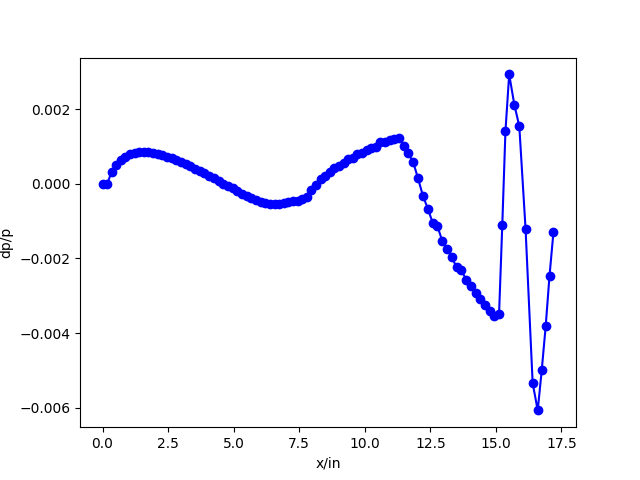
Repository: leiradom/Modified-linear-theory
Script's output: python 2_F_function.py
An editor plug-in stored every save of this project. The script's output is shown before and after the next save, followed by the edit.
Random numbers start from a fixed seed.

Above is the script's output before, as saved 2021-04-05 15:18:58.

### 2_F_function.py
#本程序实现求解无升力构型的F函数
#同时求解出未经修正的压力信号
#F函数是无量纲的

import math
import numpy as np
import matplotlib.pyplot as plt


M = 1.68                    #输入马赫数
P0 = 101325                 #输入大气静压
gama = 1.4                  #比热比
B = math.sqrt(M * M - 1)    #修正因子
k = (1 / math.sqrt(2)) * (gama + 1) * M**4 * B**(-1.5)   #特征性系数k
r0 = 6.3                      #r0为计算的位置  DWB为63.072
con = (gama * M**2)/(math.sqrt(2 * B * r0))


volume = np.loadtxt("se.txt",dtype=np.float64)   #存放体积分布的数据文件
#Lift = np.loadtxt("volume.txt",dtype=np.float64)    #存放升力分布的数据文件
#cau = np.loadtxt("cauchy.txt",dtype=np.float64)      #积分含有哑元的存放

a = len(volume)        #a为b的长度
#print(a)              #检查文件长度

X = np.ones(a)     #存放x的数组
Y = np.ones(a)     #存放y的数组
Y0 = np.ones(a)    #存放含哑元的表达式的值


#提取体积分布数据中的两列数据
for i in range(0,a):
    c = volume[i][0]
    d = volume[i][1]
    #ca = cau[i][1]
    X[i] = c
    Y[i] = d
    #Y0[i] = ca

#print(X)
#print(Y)

#通过变上限积分求解F函数，积分使用梯形公式
F = np.ones(a, dtype=np.float64)   #产生一个长度为a的初始化数组
X1 = np.ones(a, dtype=np.float64)
delta_P = np.ones(a, dtype=np.float64)
X1[0] = 0.0        #强制F的第一个值为0
delta_P[0] = 0.0   #强制F的第一个值为0
F[0] = 0.0         #强制F的第一个值为0


for i in range(1,a):
    #内层积分，积到x
    s = 0
    for j in range(0,i-1):
        s0 =Y[j+1] * ((1 / math.sqrt(X[i]-X[j+1])) + Y[j] * (1 / math.sqrt(X[i]-X[j])) * (X[j + 1] - X[j]) / (2))
        #s0 = (((Y0[j+1] + Y0[j]) * (X[j + 1] - X[j])) / (2))    #第(j+1)个梯形的面积
        s = s0 + s    #S为最后的积分
    #内层积分，积到x
    F[i] = (1/(2 * math.pi)) * s / 170   #乘以外面的一个
    #print(X[i],F[i])
    delta_P[i] = con * F[i]
    #print(delta_P[i])
    X1[i] = (B * r0 - k * F[i] * math.sqrt(r0) + X[i])
    print(X1[i]-B * r0,delta_P[i])


#将计算结果输出

'''
#绘制F函数的图像
plt.plot(X, F,'-o')
plt.xlabel("x/in")
plt.ylabel('F(y)')
plt.show()
'''



X0 = np.zeros(a)
for i in range(1,a):
    X0[i] = X1[i] - B * r0

#绘制未修正的过压的图像
plt.plot(X0, delta_P,'-o',c='b')
plt.xlabel("x/in")
plt.ylabel('dp/p')
plt.show()


#delta_P = np.ones[a]    #储存过压的数组
#delta_P[i] = P0 * ((gama * M * M)/(math.sqrt(2 * B * r0))) * F[i]

### se.txt
0.0 0.159284366464419
0.176969695 0.1502043978440817
0.35393939 0.1312410734763661
0.530909086 0.1159926815537626
0.707878781 0.10523361429077796
0.884848476 0.09314827411855459
1.061818171 0.08024977325326794
1.238787866 0.06872804205500341
1.415757562 0.05782660651362579
1.592727257 0.04793347720022513
1.769696952 0.038808875961720134
1.946666647 0.0284980895936275
2.123636342 0.0207769724359391
2.300606038 0.011620118429557288
2.477575733 0.004376602864828017
2.654545428 -0.004049839974148001
2.831515123 -0.010142029461434098
3.008484818 -0.01694964398157163
3.185454514 -0.023559832468043183
3.362424209 -0.028925520214344854
3.539393904 -0.03559435009695246
3.716363599 -0.039403108775879915
3.893333294 -0.04520469756677152
4.07030299 -0.04894406392694216
4.247272685 -0.053172434373764135
4.42424238 -0.05803087404349028
4.601212075 -0.060170959216864155
4.77818177 -0.06382953076458213
4.955151466 -0.06684435009695008
5.132121161 -0.07277788202915232
5.309090856 -0.07733920529179496
5.486060551 -0.07064235785326038
5.663030246 -0.06448370811700999
5.839999942 -0.0721904907112028
6.016969637 -0.06268015940034602
6.193939332 -0.05250131617355859
6.370909027 -0.04693852817914293
6.547878722 -0.04184845499468682
6.724848418 -0.027904182564998003
6.901818113 -0.01950347678322244
7.078787808 -0.018867869206229175
7.255757503 -0.013392065949415864
7.432727198 -0.0001035997998370917
7.609696894 0.008286680844853404
7.786666589 0.07551285158774657
7.963636284 0.08013802881507863
8.140605979 0.0971326312003513
8.317575674 0.08160960207251823
8.49454537 0.08342357592627087
8.671515065 0.09494856497988353
8.848484935 0.07716621317320103
9.02545463 0.0862461817935425
9.202424326 0.09743333124830238
9.379394021 0.07799175371656954
9.556363716 0.09853578949562676
9.733333411 0.0758855502387402
9.910303106 0.09073876430849251
10.0872728 0.08757962198453627
10.2642425 0.07608818884093606
10.44121219 0.1254925877275203
10.61818189 0.06640323648381763
10.79515158 0.08903295125205168
10.97212128 0.08810055305352509
11.14909097 0.07688994704030935
11.32606067 -0.036713423406522436
11.50303036 -0.06725060465795256
11.68000006 -0.10357634327891796
11.85696975 -0.22441312993890072
12.03393945 -0.2911981870686614
12.21090914 -0.2732649965597089
12.38787884 -0.3117963032463872
12.56484853 -0.19687480452867887
12.74181823 -0.327421303246386
12.91878792 -0.2801420033985942
13.09575762 -0.28040295761139034
13.27272732 -0.3079093560392856
13.44969701 -0.22931164122933556
13.62666671 -0.3019653989699911
13.8036364 -0.28440295239882507
13.9806061 -0.2814128927670414
14.15757579 -0.28163116907487207
14.33454549 -0.28180644169220515
14.51151518 -0.28196737974604624
14.68848488 -0.2822361528116635
14.86545457 -0.17916379975396388
15.04242427 0.9508734961739754
15.21939396 1.2613363592293725
15.39636366 1.0477513630866766
15.57333335 0.11031586862242164
15.75030305 1.2705635827848888e-05
15.92727274 -1.1317691718271072
16.10424244 -2.3270701064406527
16.28121213 -1.2497950808990608
16.45818183 -0.15515829267530268
16.63515152 0.18412518765247016
16.81212122 0.45929374908780074
16.98909091 0.5364863508892637
17.16606061 0.6011248071349639

After the next save:
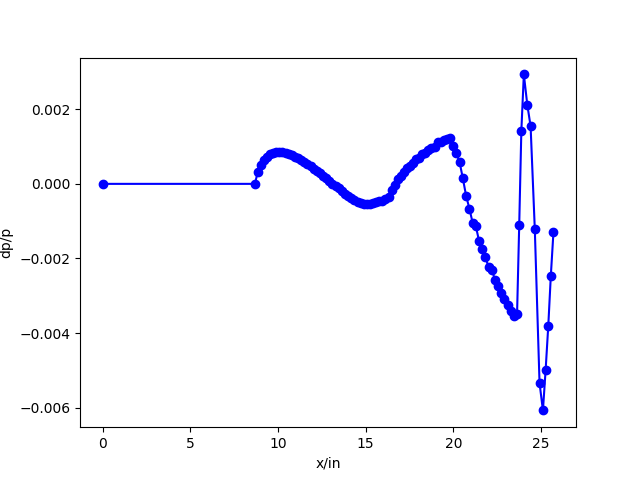
Saved 95 s later.
--- a/2_F_function.py
+++ b/2_F_function.py
@@ -82,7 +82,7 @@
     X0[i] = X1[i] - B * r0
 
 #绘制未修正的过压的图像
-plt.plot(X0, delta_P,'-o',c='b')
+plt.plot(X1, delta_P,'-o',c='b')
 plt.xlabel("x/in")
 plt.ylabel('dp/p')
 plt.show()

After the save that followed:
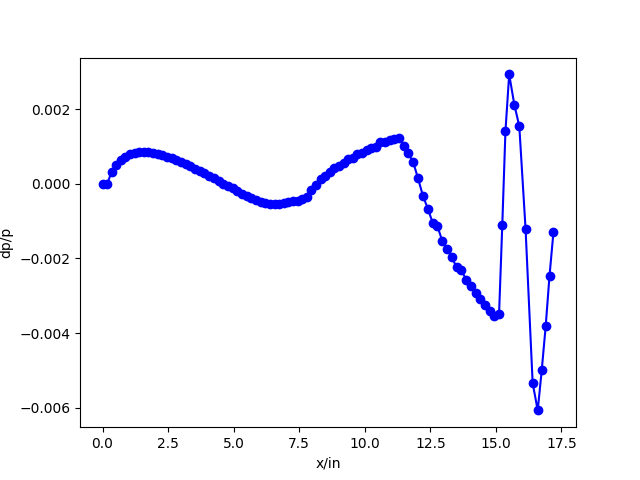
Saved 20 s later.
--- a/2_F_function.py
+++ b/2_F_function.py
@@ -82,7 +82,7 @@
     X0[i] = X1[i] - B * r0
 
 #绘制未修正的过压的图像
-plt.plot(X1, delta_P,'-o',c='b')
+plt.plot(X0, delta_P,'-o',c='b')
 plt.xlabel("x/in")
 plt.ylabel('dp/p')
 plt.show()
